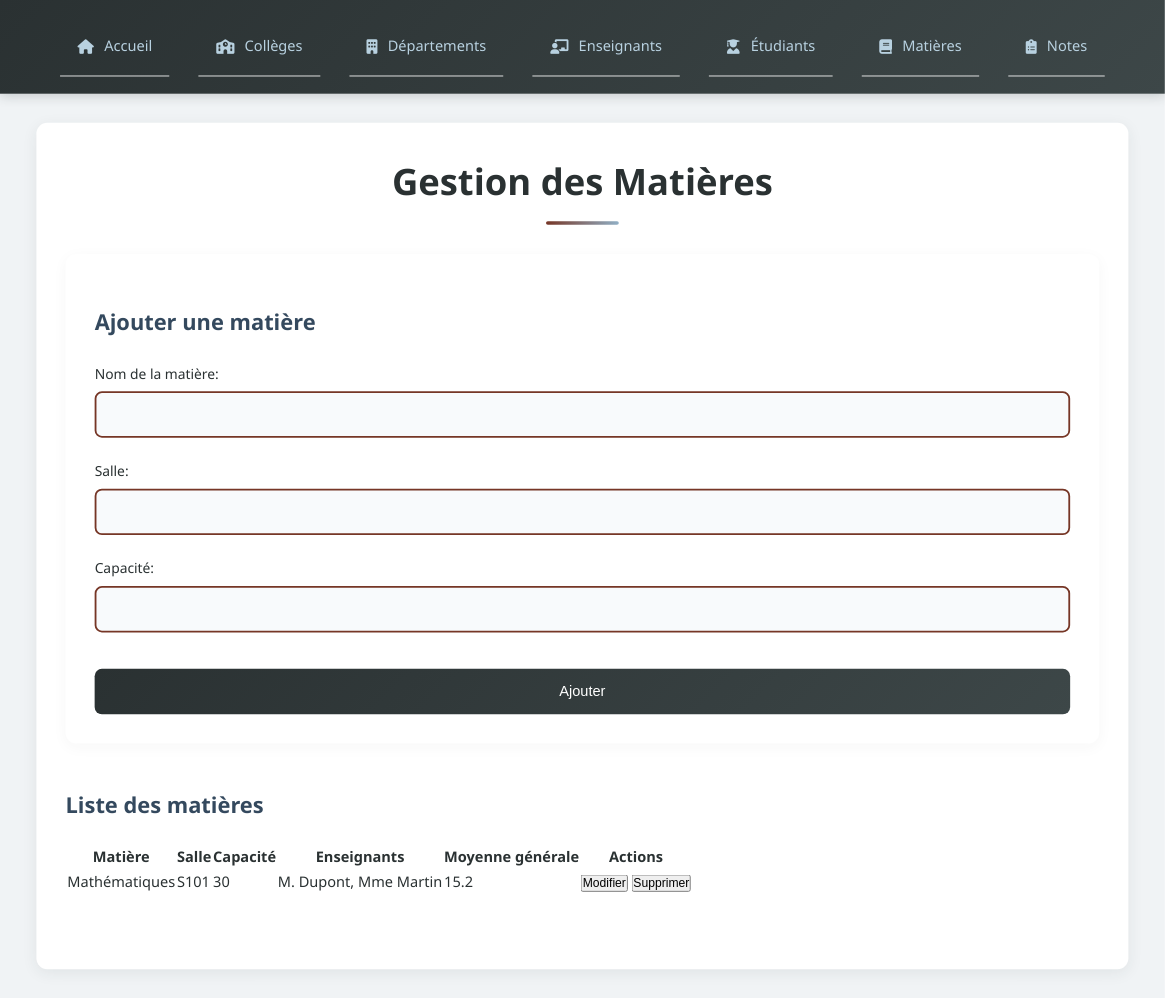
Repository: Ishimw3/college-management
Page: pages/subjects.html
These files come from the project's save history. The page is drawn as it stood at one moment and after the next save; the edit follows.
The browser window is 1280 px wide. The pictures show the whole page, at 91% of full size.

Above is the page before, as saved 2025-02-24 20:40:56.
Console error: ReferenceError: data is not defined

After the next save:
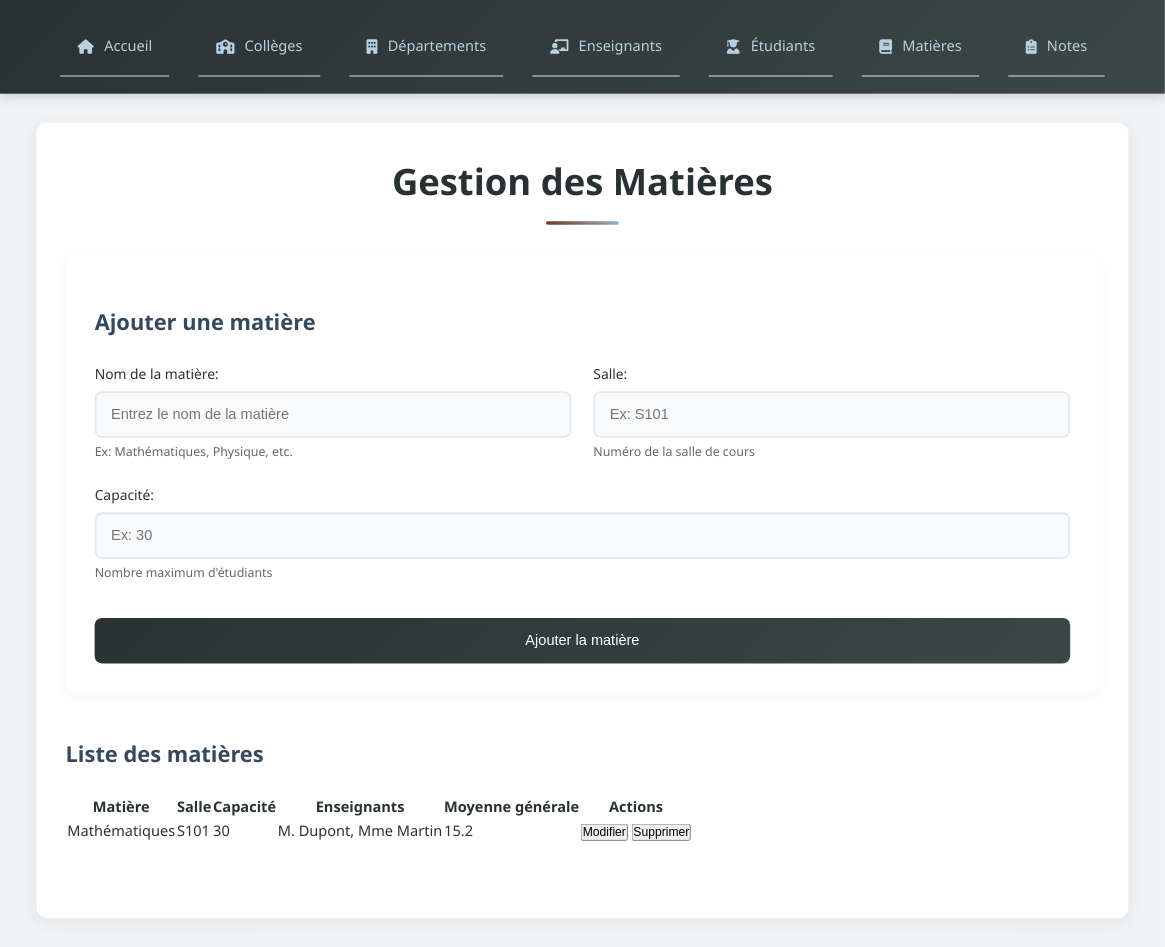
Saved 3 s later.
--- a/pages/subjects.html
+++ b/pages/subjects.html
@@ -27,19 +27,24 @@
         <section class="form-section">
             <h2>Ajouter une matière</h2>
             <form>
-                <div class="form-group">
-                    <label for="nom_matiere">Nom de la matière:</label>
-                    <input type="text" id="nom_matiere" required>
-                </div>
-                <div class="form-group">
-                    <label for="salle">Salle:</label>
-                    <input type="text" id="salle" required>
+                <div class="form-row">
+                    <div class="form-group">
+                        <label for="nom_matiere">Nom de la matière:</label>
+                        <input type="text" id="nom_matiere" name="nom_matiere" required placeholder="Entrez le nom de la matière">
+                        <div class="form-help">Ex: Mathématiques, Physique, etc.</div>
+                    </div>
+                    <div class="form-group">
+                        <label for="salle">Salle:</label>
+                        <input type="text" id="salle" name="salle" required placeholder="Ex: S101">
+                        <div class="form-help">Numéro de la salle de cours</div>
+                    </div>
                 </div>
                 <div class="form-group">
                     <label for="capacite">Capacité:</label>
-                    <input type="number" id="capacite" required>
+                    <input type="number" id="capacite" name="capacite" required min="1" max="100" placeholder="Ex: 30">
+                    <div class="form-help">Nombre maximum d'étudiants</div>
                 </div>
-                <button type="submit">Ajouter</button>
+                <button type="submit">Ajouter la matière</button>
             </form>
         </section>
 
